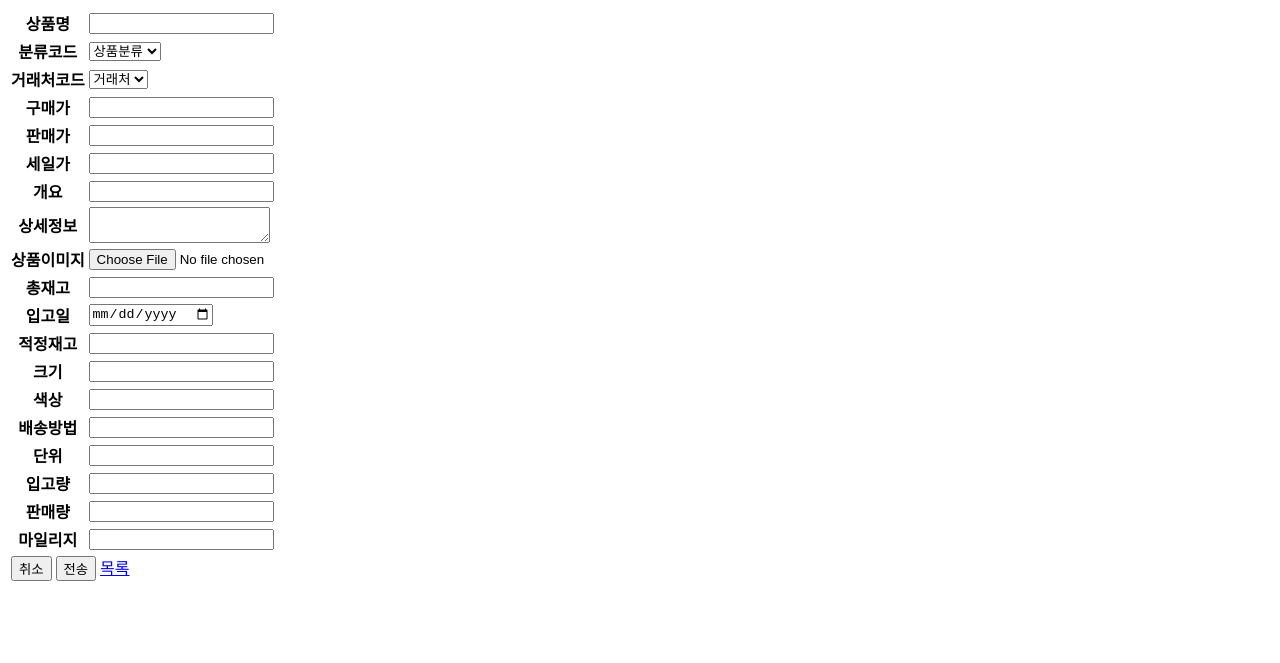
Repository: MyDreamFlying/JspClass
Page: http://localhost/WebStudy05_SpringMVC/WEB-INF/views/prod/prodForm.jsp
These files come from the project's save history. The page is drawn as it stood at one moment and after the next save; the edit follows.
The browser window is 1280 px wide. The pictures show the whole page.
The page is served by Tomcat 9. Nobody is signed in. The template is opened directly, without the code that normally fills it, so the values that code supplies are empty.

Above is the page before, as saved 2022-10-19 01:55:36.
Console error: ReferenceError: $ is not defined

After the next save:
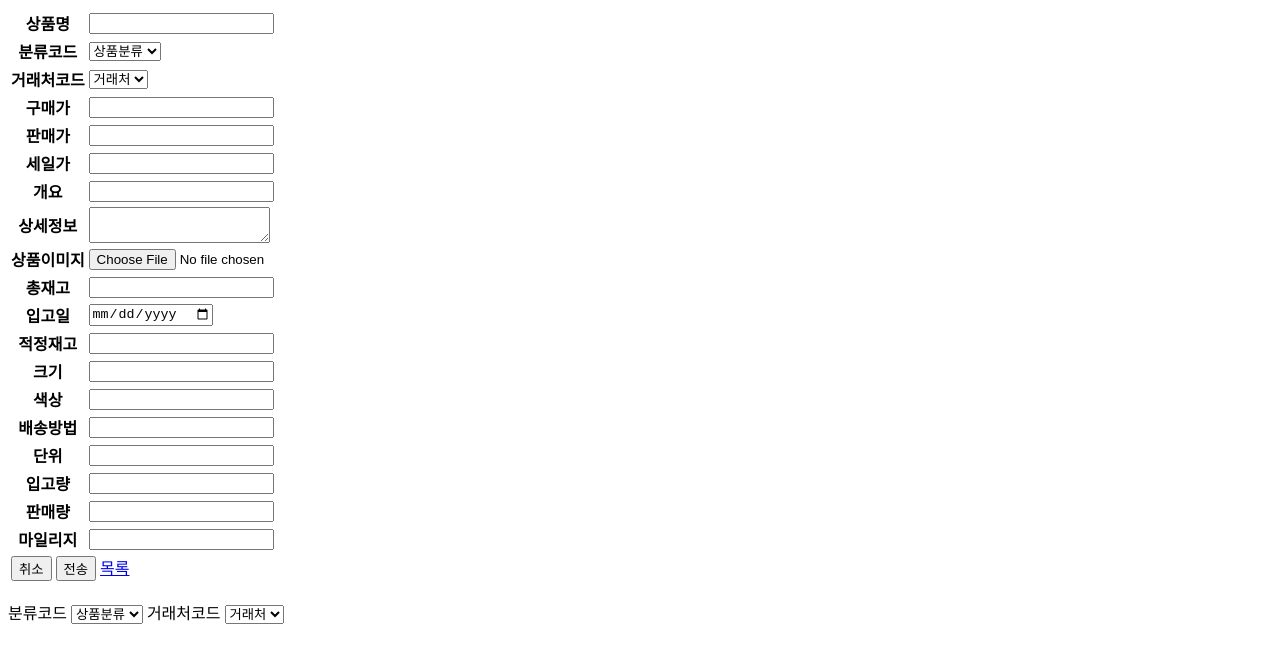
Saved 93 s later.
--- a/WebStudy05_SpringMVC/webapp/WEB-INF/views/prod/prodForm.jsp
+++ b/WebStudy05_SpringMVC/webapp/WEB-INF/views/prod/prodForm.jsp
@@ -180,6 +180,7 @@
 			</td>
 		</tr>
 	</table>
+</form>
 <script type="text/javascript">
 	let prodBuyerTag = $("[name=prodBuyer]");
 	$("[name=prodLgu]").on("change", function(event){
@@ -195,18 +196,34 @@
 </script>
 
 
-
-
-
-
-
-
-
-
-
-
-
-
-
-
-</form>
+		<tr>
+			<th class="fst-italic text-danger">분류코드</th>
+			<td>
+				<select name="prodLgu" required class="form-control">
+					<option value>상품분류</option>
+					<c:forEach items="${lprodList }" var="lprod">
+						<option value="${lprod.lprodGu }"
+							${lprod.lprodGu eq prod.prodLgu ? "selected" :"" }
+						>${lprod.lprodNm }</option>
+					</c:forEach>
+				</select>
+				<span class="error">${errors.prodLgu }</span>
+			</td>
+		</tr>
+		<tr>
+			<th class="fst-italic text-danger">거래처코드</th>
+			<td>
+				<select name="prodBuyer" required class="form-control">
+					<option value>거래처</option>
+					<c:forEach items="${buyerList }" var="buyer">
+						<option value="${buyer.buyerId }" class="${buyer.buyerLgu }"
+							${buyer.buyerId eq prod.prodBuyer ? "selected":"" }
+						>
+							${buyer.buyerName }
+						</option>
+					</c:forEach>
+				</select>
+
+				<span class="error">${errors.prodBuyer }</span>
+			</td>
+		</tr>
